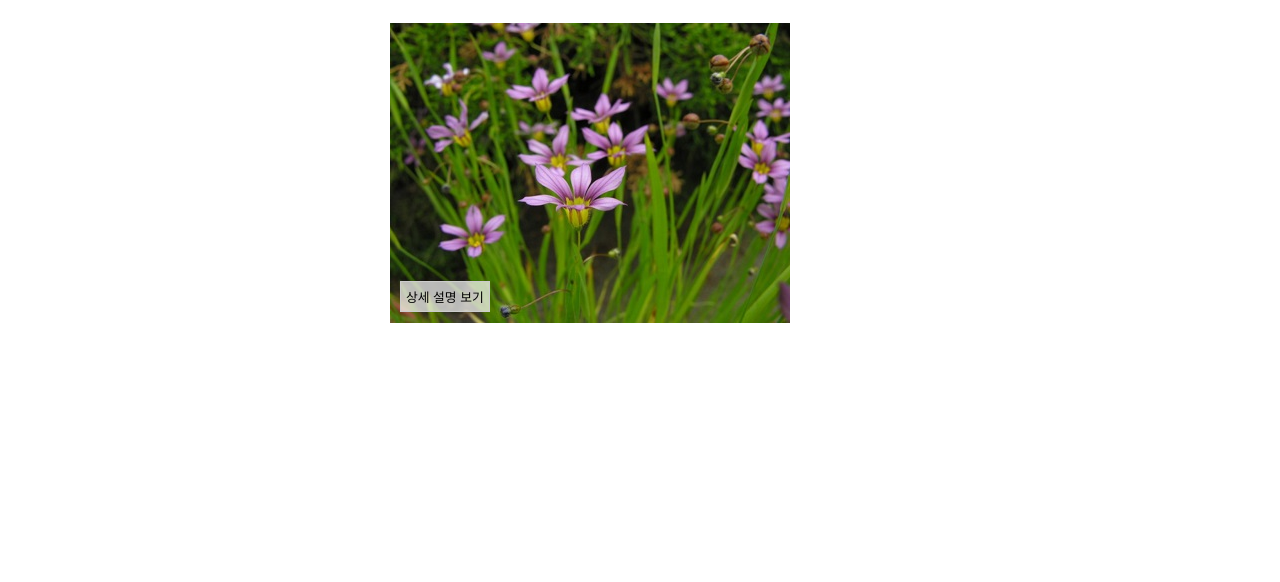
Repository: JeongminHW/Web_study
Page: HTML/myHTML/src/main/webapp/ch10/event3.html
The author's editor kept a copy of each file at every save. The page is drawn from the files as they stood at one save, then again after the next save.
The browser window is 1280 px wide. The pictures show the whole page.
After loading, the first visible `#open` was clicked once.

Above is the page before, as saved 2024-07-12 03:30:33.
Console error: ReferenceError: block is not defined

After the next save:
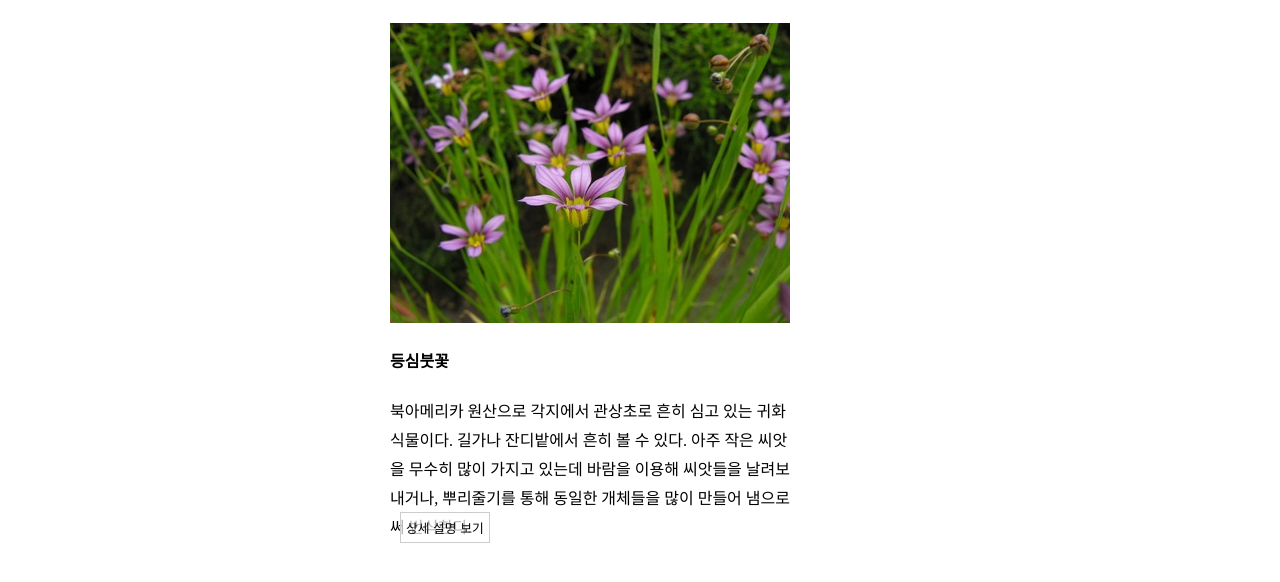
The error is gone.
Saved 10 s later.
--- a/HTML/myHTML/src/main/webapp/ch10/event3.html
+++ b/HTML/myHTML/src/main/webapp/ch10/event3.html
@@ -19,7 +19,7 @@
 
 	<script type="text/javascript">
 			document.querySelector("#open").onclick = function () {
-				document.querySelector(".detail").style.display = block;
+				document.querySelector(".detail").style.display = "block";
 			}
 	</script>
 </body>
